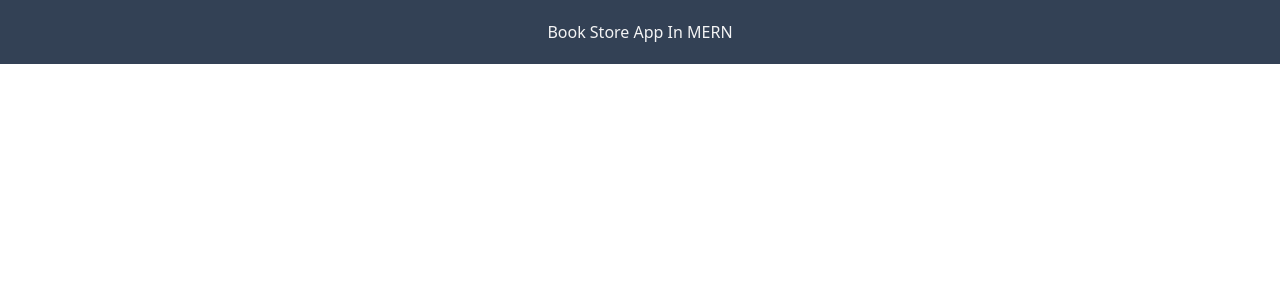
Repository: Attar786/Book_Menagment_Store
Page: /books/create (app in frontend/)
These files come from the project's save history. The page is drawn as it stood at one moment and after the next save; the edit follows.
The browser window is 1280 px wide. The pictures show the whole page.
The project was rebuilt for these pictures with package versions that can differ from the ones it lists, and the page was loaded fresh each time. Also part of the build but not shown: frontend/vite.config.js, frontend/src/pages/Home.jsx, frontend/src/pages/ShowBooks.jsx, frontend/src/pages/EditBooks.jsx. Imported but missing from the stored project, and not drawn on this page: frontend/src/pages/DeleteBook.

Above is the page before, as saved 2024-08-07 00:06:37.

### frontend/src/main.jsx
// import React from 'react'
import ReactDOM from 'react-dom/client'
import App from './App.jsx'
import './index.css'
import { BrowserRouter } from "react-router-dom";

ReactDOM.createRoot(document.getElementById('root')).render(
  <BrowserRouter>
    <App />
  </BrowserRouter>,
)

### frontend/src/App.jsx
import {Routes, Route} from 'react-router-dom'
import  Home  from './pages/Home'
import ShowBooks from './pages/ShowBooks'
// import AddBook from './pages/AddBook'
// import UpdateBook from './pages/UpdateBook'
import EditBooks  from './pages/EditBooks'
import DeleteBook from './pages/DeleteBook'
import CreateBooks from './pages/CreateBooks'

const App = () => {
  return (
    <div className="bg-slate-700 p-5 flex justify-center text-zinc-100	">
     Book Store App In MERN
     <Routes>
      <Route path='/' element={<Home/>}/>
      <Route path='/books/create' element={<CreateBooks/>}/>
      <Route path='/books/details/:id' element={<ShowBooks/>}/>
      <Route path='/books/edit/:id' element={<EditBooks/>}/>
      <Route path='/books/delete/:id' element={<DeleteBook/>}/>
     </Routes>
    </div>
  )
}

export default App

### frontend/src/pages/CreateBooks.jsx

const CreateBooks = () => {
  return (
    <div>

    </div>
  )
}

export default CreateBooks

Loaded but not shown: frontend/index.html (common file); frontend/src/index.css (common file); frontend/tailwind.config.js (common file)

After the next save:
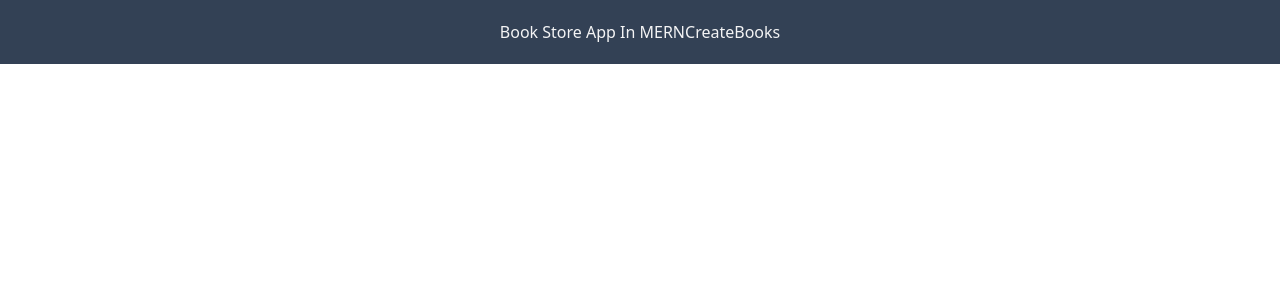
Saved 57 s later.
--- a/frontend/src/pages/CreateBooks.jsx
+++ b/frontend/src/pages/CreateBooks.jsx
@@ -2,7 +2,7 @@
 const CreateBooks = () => {
   return (
     <div>
-
+      CreateBooks
     </div>
   )
 }
